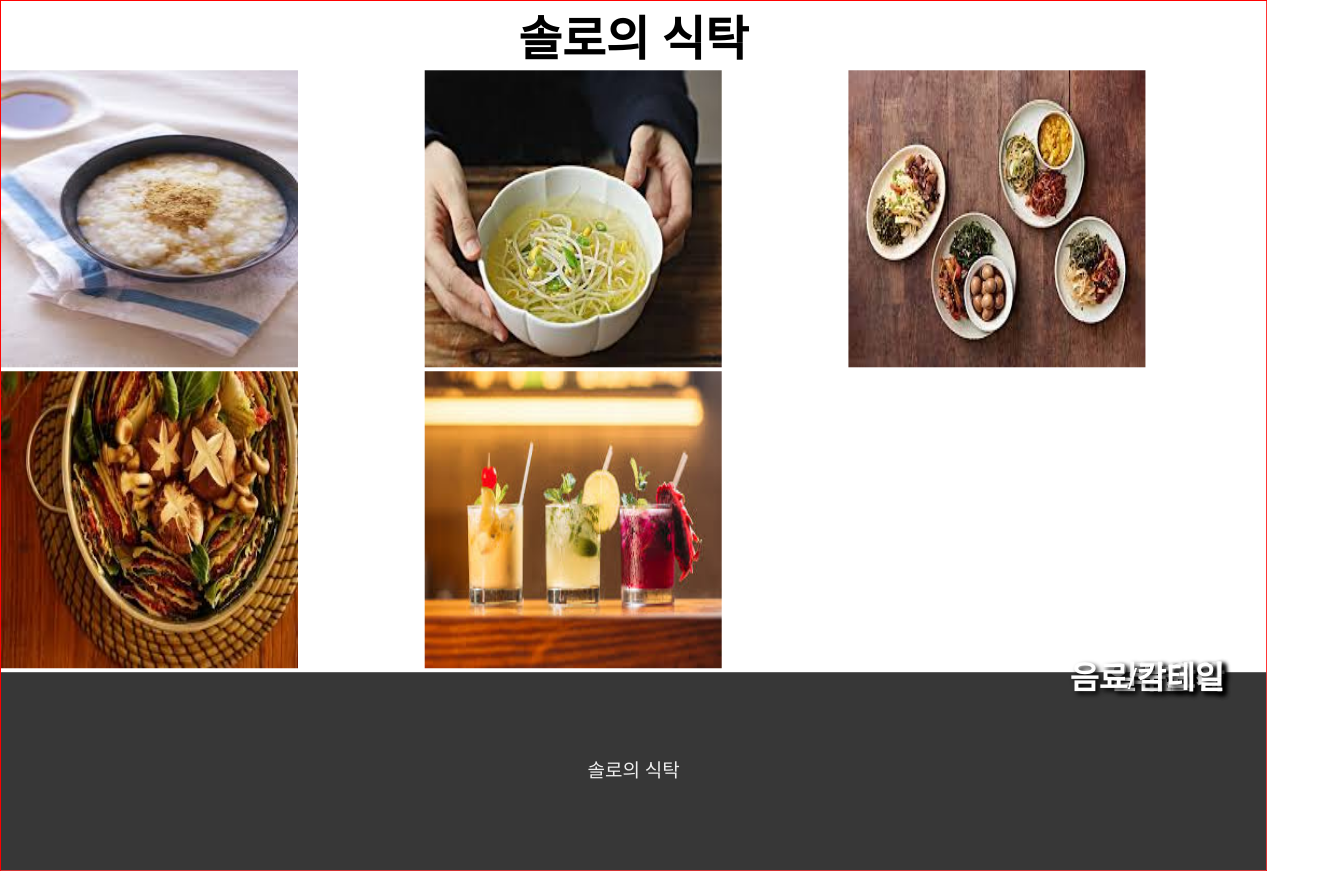
Repository: b1996om/HTML-CSS_study
Page: pro09/public/kimbom_1.html
The author's editor kept a copy of each file at every save. The page is drawn from the files as they stood at one save, then again after the next save.
The browser window is 1280 px wide. The page is 1280 px wide, then 1357 px, so the pictures cover 1357 px, including what lies to the right of the window. The pictures show the whole page, at 99% of full size.

Above is the page before, as saved 2022-12-09 08:01:17.

After the next save:
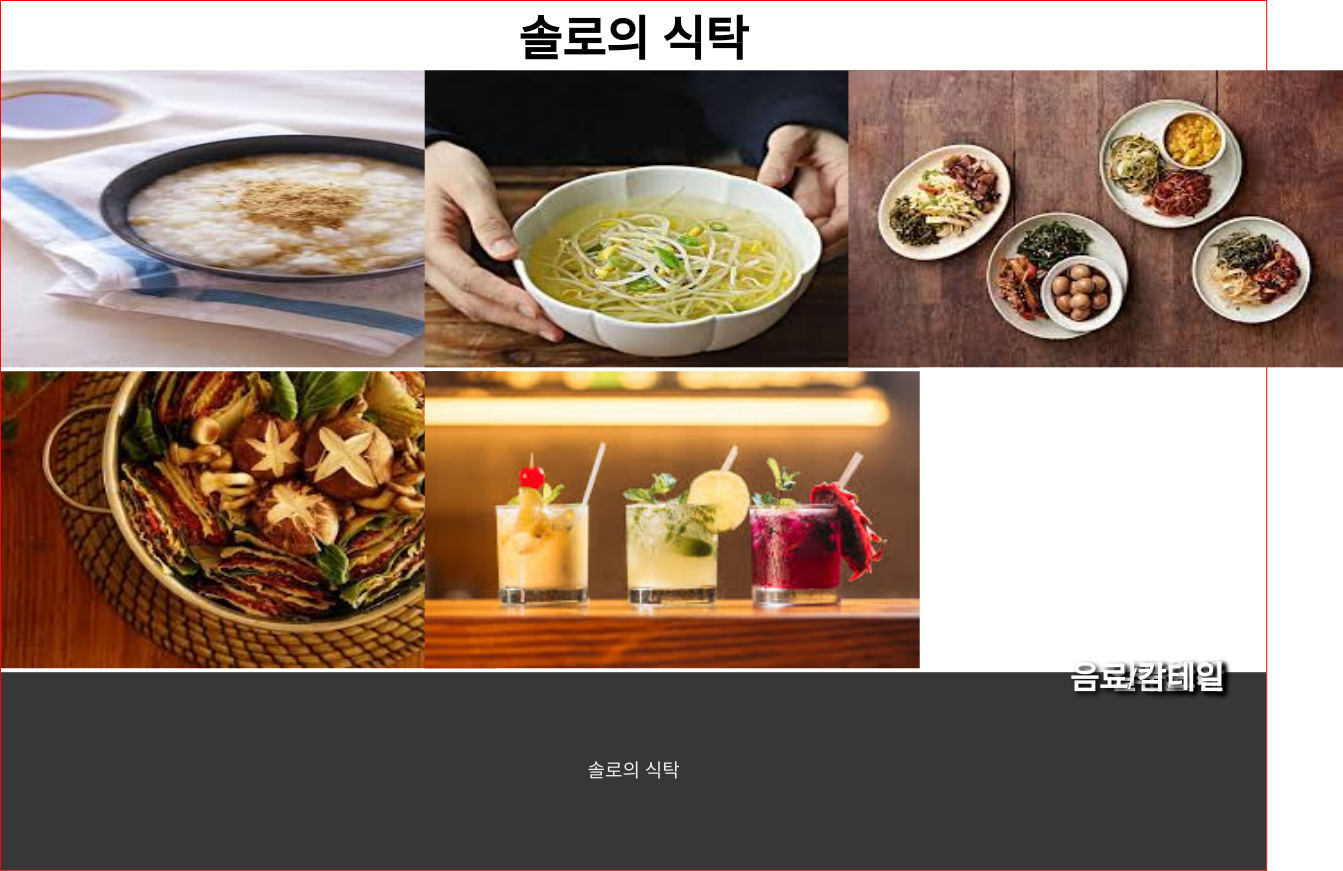
Saved 8 s later.
--- a/pro09/public/css/style-result.css
+++ b/pro09/public/css/style-result.css
@@ -38,7 +38,7 @@ header h1 {
 	bottom:10px;
 }
 img {
-	width:300px;
+	width:500px;
 	height:300px;
 }
 .menu1 {
